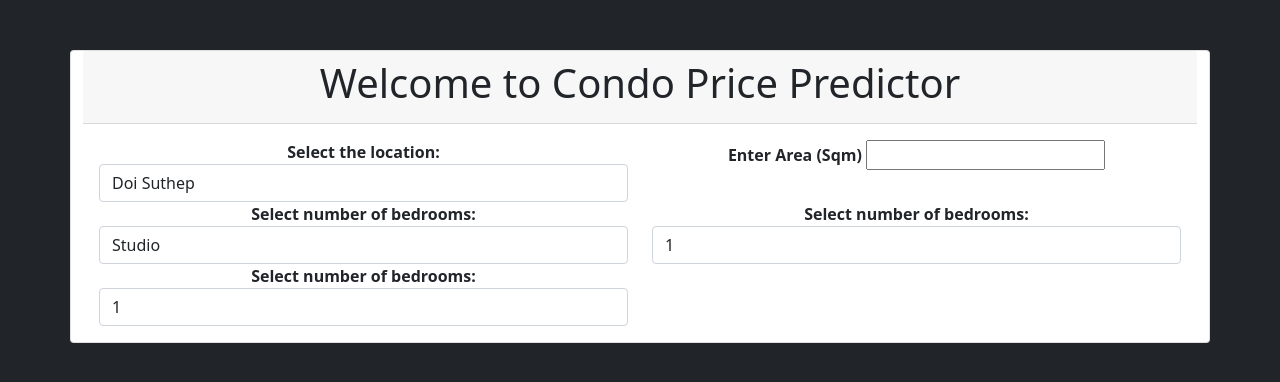
Repository: myothida/condoprice_CNX
Page: http://localhost/
An editor plug-in stored every save of this project. The page is shown before and after the next save, followed by the edit.
The browser window is 1280 px wide. The pictures show the whole page.
The page is served by the project's application, run on Flask 3 (main.py).

Above is the page before, as saved 2023-09-26 21:56:51.

### templates/index.html
<!DOCTYPE html>
<html lang="en">
  <head>
    <!-- Required meta tags -->
    <meta charset="utf-8" />
    <meta name="viewport" content="width=device-width, initial-scale=1" />

    <!-- Bootstrap CSS -->
    <link
      href="https://cdn.jsdelivr.net/npm/bootstrap@5.0.2/dist/css/bootstrap.min.css"
      rel="stylesheet"
      integrity="sha384-EVSTQN3/azprG1Anm3QDgpJLIm9Nao0Yz1ztcQTwFspd3yD65VohhpuuCOmLASjC"
      crossorigin="anonymous"
    />

    <title>Condo Price Predictor</title>
  </head>
  <body class="bg-dark">
    <div class="container">
      <div class="row">
        <div class="card" style="width: 100%; height: 100%; margin-top: 50px">
          <div class="card-header" style="text-align: center">
            <h1>Welcome to Condo Price Predictor</h1>
          </div>
          <div class="card-body">
            <form method="post" accept-charset="utf-8">
              <div class="row">
                <div class="col-md-6 form-group" style="text-align: center">
                  <label><b> Select the location: </b> </label>
                  <select
                    class="selectpicker form-control"
                    id="location"
                    name="location"
                    require="1"
                  >
                    <option>Doi Suthep</option>
                    <option>Faham</option>
                    <option>Muang</option>
                    <option>Nimman</option>
                    <option>Chang phueak</option>
                  </select>
                </div>

                <div class="col-md-6 form-group" style="text-align: center">
                  <label><b> Enter Area (Sqm) </b> </label>
                  <input />
                </div>
                <div class="col-md-6 form-group" style="text-align: center">
                  <label><b> Select number of bedrooms: </b> </label>
                  <select
                    class="selectpicker form-control"
                    id="bedrooms"
                    name="bedrooms"
                    require="1"
                  >
                    <option>Studio</option>
                    <option>1</option>
                    <option>2</option>
                    <option>3</option>
                  </select>
                </div>
                <div class="col-md-6 form-group" style="text-align: center">
                  <label><b> Select number of bedrooms: </b> </label>
                  <select
                    class="selectpicker form-control"
                    id="bedrooms"
                    name="bedrooms"
                    require="1"
                  >
                    <option>1</option>
                    <option>2</option>
                    <option>3</option>
                    <option>4</option>
                  </select>
                </div>
                <div class="col-md-6 form-group" style="text-align: center">
                  <label><b> Select number of bedrooms: </b> </label>
                  <select
                    class="selectpicker form-control"
                    id="bedrooms"
                    name="bedrooms"
                    require="1"
                  >
                    <option>1</option>
                    <option>2</option>
                    <option>3</option>
                    <option>4</option>
                  </select>
                </div>
              </div>
            </form>
          </div>
        </div>
      </div>
    </div>
  </body>
</html>

<!-- Option 2: Separate Popper and Bootstrap JS -->

<script
  src="https://cdn.jsdelivr.net/npm/@popperjs/core@2.9.2/dist/umd/popper.min.js"
  integrity="sha384-IQsoLXl5PILFhosVNubq5LC7Qb9DXgDA9i+tQ8Zj3iwWAwPtgFTxbJ8NT4GN1R8p"
  crossorigin="anonymous"
></script>
<script
  src="https://cdn.jsdelivr.net/npm/bootstrap@5.0.2/dist/js/bootstrap.min.js"
  integrity="sha384-cVKIPhGWiC2Al4u+LWgxfKTRIcfu0JTxR+EQDz/bgldoEyl4H0zUF0QKbrJ0EcQF"
  crossorigin="anonymous"
></script>

### main.py
from flask import Flask, render_template, request

app = Flask(__name__)


@app.route('/')
def index():
    return render_template('index.html')


if __name__ == "__main__":
    app.run(debug=True, port=5001)

After the next save:
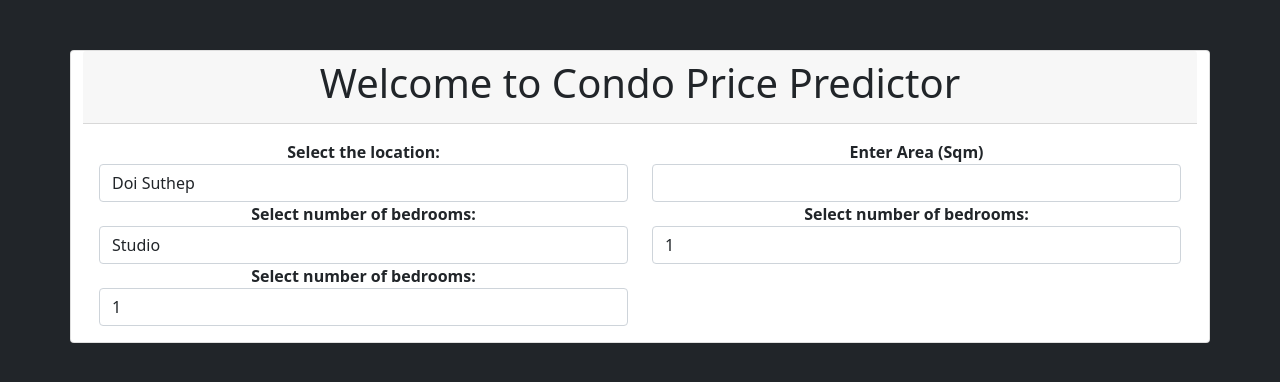
Saved 26 s later.
--- a/templates/index.html
+++ b/templates/index.html
@@ -43,7 +43,7 @@
 
                 <div class="col-md-6 form-group" style="text-align: center">
                   <label><b> Enter Area (Sqm) </b> </label>
-                  <input />
+                  <input type="text" class="form-control" id="" name=" " />
                 </div>
                 <div class="col-md-6 form-group" style="text-align: center">
                   <label><b> Select number of bedrooms: </b> </label>
